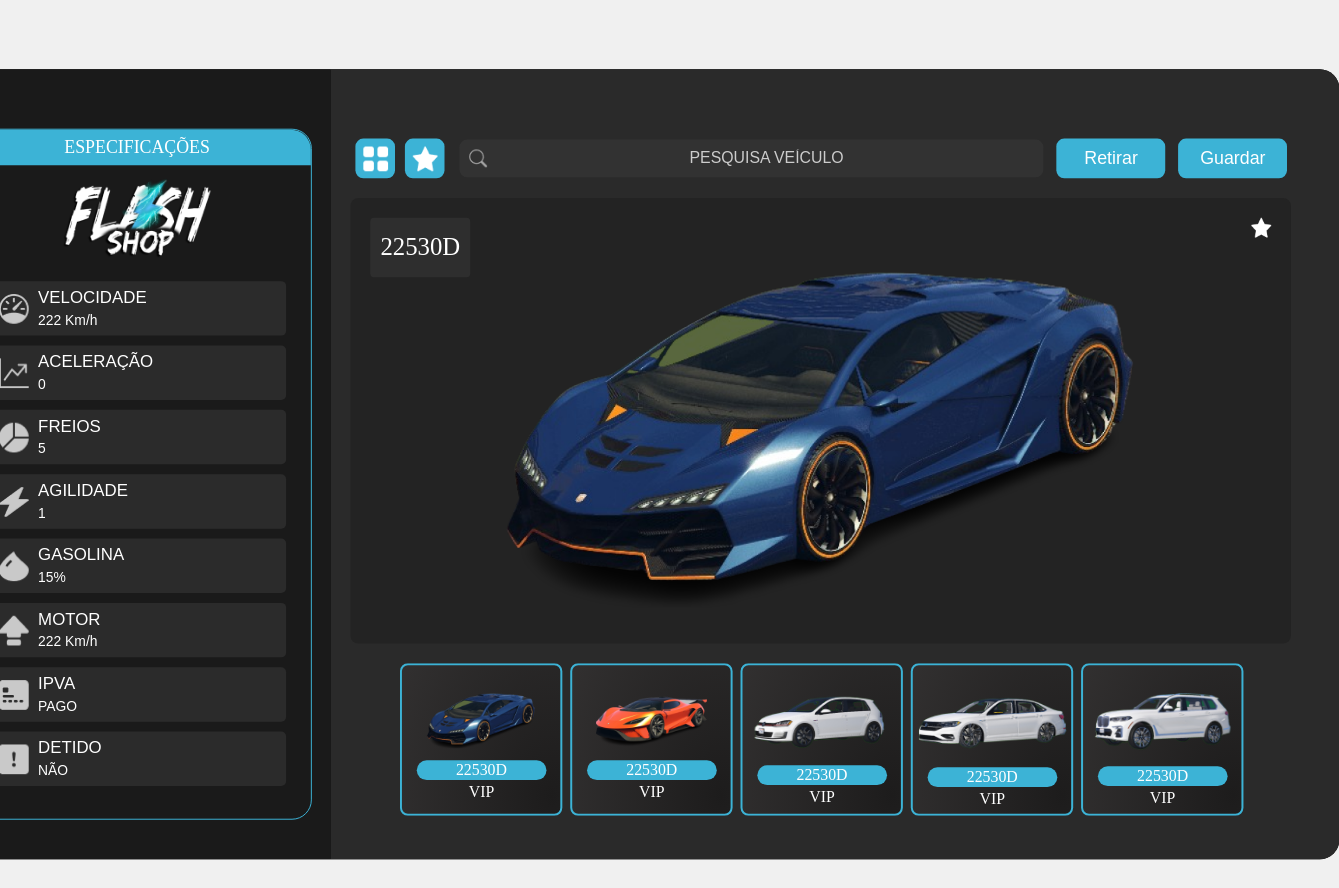
Repository: DuMCorrea/Garagem
Page: index.html
An editor plug-in stored every save of this project. The page is shown before and after a run of saves, followed by the edit.
The browser window is 1280 px wide. The page is 1353 px wide, so the pictures cover 1353 px, including what lies to the right of the window. The pictures show the whole page, at 99% of full size.
Some web fonts or font styles are not loaded; a fallback is used.

Above is the page before, as saved 2024-08-22 20:02:22.

After the next 2 saves:
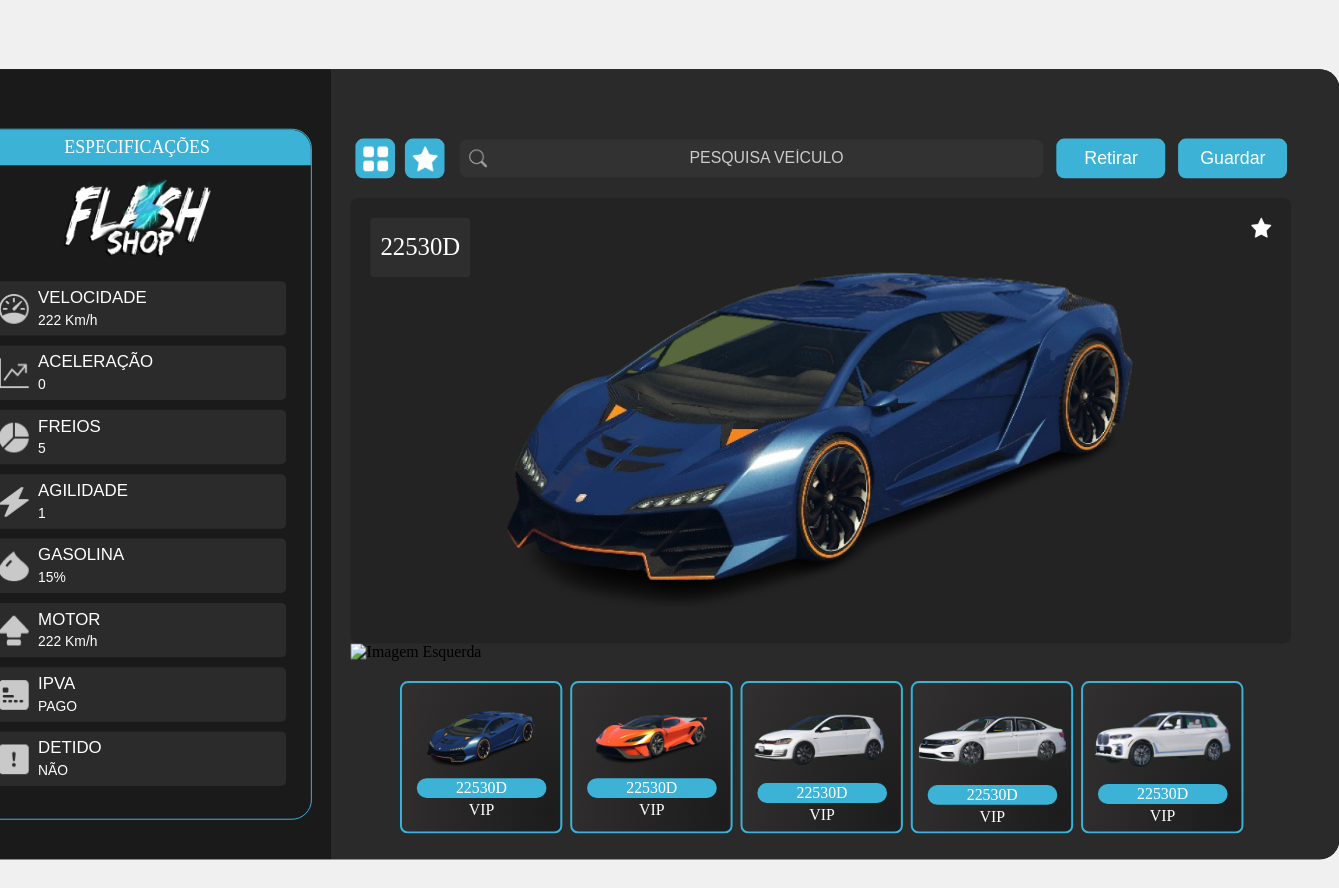
Not found: assets/imagem-esquerda.png
The 2 saves are shown as one change because they came seconds apart.
The last was saved 3 min 32 s later.
--- a/index.html
+++ b/index.html
@@ -102,6 +102,8 @@
                 <img src="assets/Estrela.png" alt="Ícone Superior Direito" class="imagem-direita">
             </div>
 
+            <img src="assets/imagem-esquerda.png" alt="Imagem Esquerda" class="imagem-lateral imagem-lateral-esquerda">
+
             <!-- Nova seção para os cards com fundo retangular azul claro -->
             <div class="fundo-cards">
                 <div class="cards-container">
